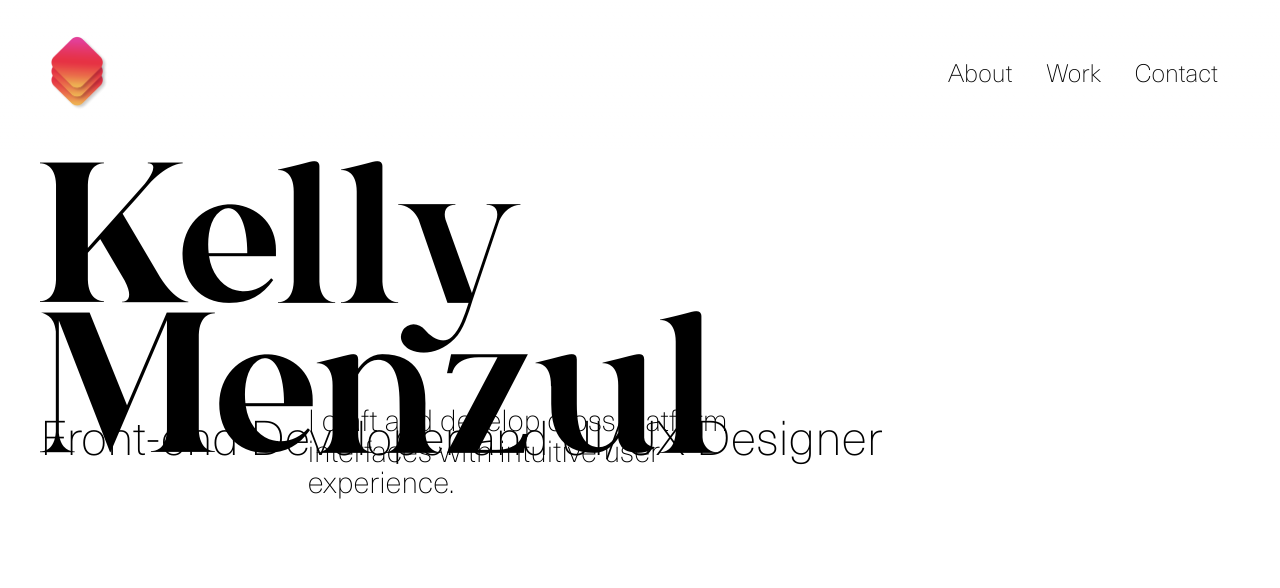
Repository: KellyMenzul/Kelly-Menzul
Page: /
The author's editor kept a copy of each file at every save. The page is drawn from the files as they stood at one save, then again after a run of saves.
The browser window is 1280 px wide. The pictures show the whole page.
An inner scrolling area shows only its first screen. The project was rebuilt for these pictures with package versions that can differ from the ones it lists, and the page was loaded fresh each time. The framework's server and built-in components were replaced by stand-ins that run in the browser. Also part of the build but not shown: next.config.js, comps/Position/index.js, comps/Head/index.js, comps/Screens/index.js, comps/RegularButton/index.js, styles/Home.module.css, comps/AboutMeAccordion/index.js.

Above is the page before, as saved 2022-02-19 18:22:37.

After the next 2 saves:
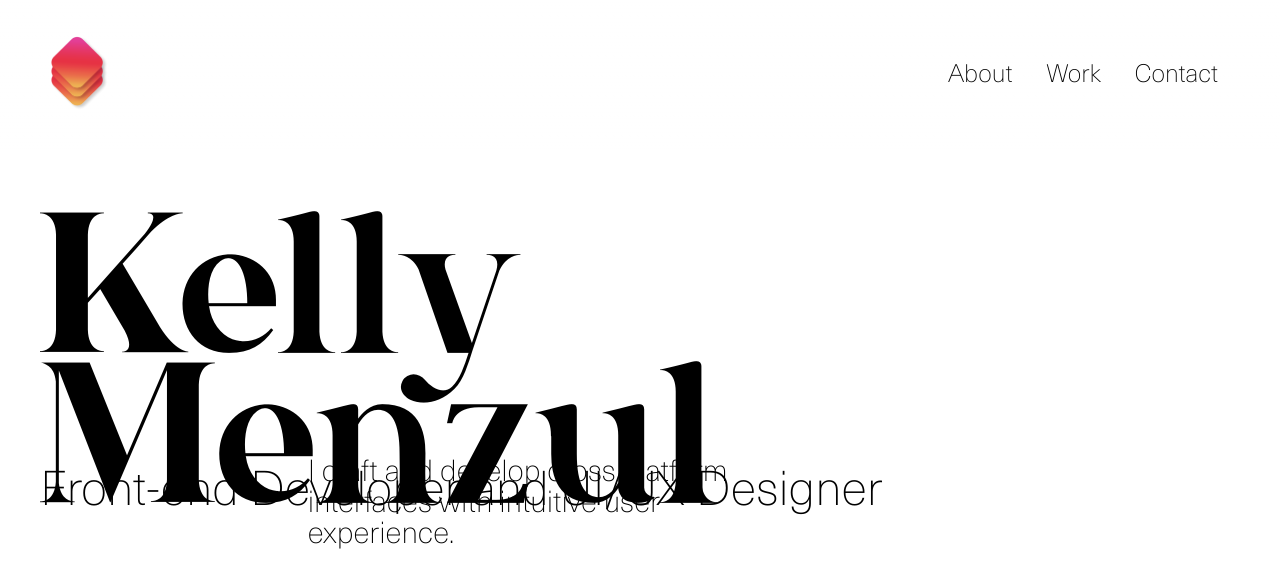
The 2 saves are shown as one change because they came seconds apart.
The last was saved 7 s later.
--- a/comps/Name/index.js
+++ b/comps/Name/index.js
@@ -9,7 +9,7 @@
 padding-top:30px;
 
 @media only screen and (min-width : 601px){
-    margin-top:150px;
+    margin-top:200px;
 }
 `
 
